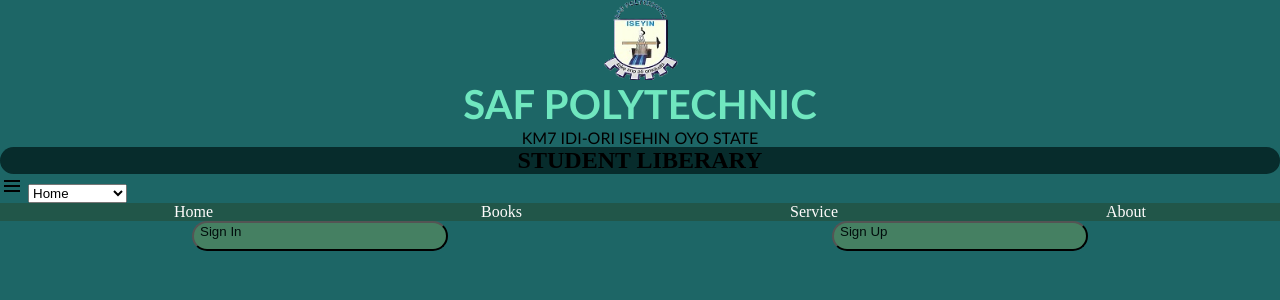
Repository: makinwademila/new-html
Page: index.html
The author's editor kept a copy of each file at every save. The page is drawn from the files as they stood at one save, then again after the next save.
The browser window is 1280 px wide. The pictures show the whole page.

Above is the page before, as saved 2025-02-10 16:58:05.

### index.html
<!DOCTYPE html>
<html>

<head>

    <title>test web page</title>
    <link href="style.css" rel="stylesheet">
</head>
<title>saf porject</title>

<body>
    <header>
        <div class="names">
            <img src="logo.png">
            <div class="name">
                <h6>
                    SAF POLYTECHNIC
                </h6>
            </div>

            <div class="namer"> KM7 IDI-ORI ISEHIN OYO STATE
            </div>
        </div>
    </header>

    <nav>
        <div class="title">
            <h2>
                STUDENT LIBERARY
            </h2>
        </div>
    </nav>
    <div class="nav-menu-btn">
        <svg xmlns="http://www.w3.org/2000/svg" width="24" height="24" viewBox="0 0 24 24"><path d="M4 6h16v2H4zm0 5h16v2H4zm0 5h16v2H4z"/></svg>
        <select name="menu list" id="menu 2">
                <option>Home</option>
                <option>Books</option>
                <option>Departments</option>
                <option>Reguest</option>
            </select>
    </div>
    <div class="nav-menu">
        <ul>
            <li><a href="#" class="first">Home</a></li>
            <li><a href="#" class="second">Books</a></li>
            <li><a href="#" class="third">Service</a></li>
            <li><a href="#" class="fourth">About</a></li>
        </ul>
    </div>


    <div class="nav-button">
        <button class="btn1" id="loginBtn">Sign In</button>
        <button class="btn" id="RegisterBtn">Sign Up</button>
    </div>

    <script src="script.js"></script>
</body>


</html>

### style.css
* {
    margin: auto;
    padding: auto;
}

body {
    margin: 0;
    padding: 0;
    background-color: rgb(29, 102, 102);
    height: auto;
    width: auto;
}

header {
    font-family: 'Gill Sans', 'Gill Sans MT', Calibri, 'Trebuchet MS', sans-serif;
    justify-content: center;
    align-content: center;
}

img {
    height: 80px;
    width: 80px;
    display: block;
    margin: auto;
}

.name h6 {
    font-size: 40px;
    font-weight: bolder;
    color: rgb(112, 231, 191);
    display: flex;
    justify-content: center;
    align-content: center;
}

.title {
    display: flex;
    justify-content: center;
    align-items: center;
    flex-direction: row;
    justify-content: space-between;
    color: black;
    background-color: rgb(7, 44, 44);
    border-radius: 60px;
    width: 100%;
    list-style: none;
}

.namer {
    display: flex;
    justify-content: center;
}

.nav-button button {
    display: flex;
    background-color: rgb(69, 128, 98);
    color: rgb(1, 12, 12);
    height: 30px;
    width: 20%;
    border-radius: 20px;
}

.nav-menu {
    background-color: rgba(34, 83, 67, 0.836);
    border: 70px;
}

.nav-menu ul {
    display: flex;
    flex-direction: row;
    justify-content: space-between;
}

a {
    background-color: transparent;
    color: rgb(255, 252, 252);
    transition: 1s;
    opacity: 5px;
    animation: forwards;
    border-radius: 100px;
    text-decoration: none;
}

a:hover {
    color: rgba(255, 219, 14, 0.801);
}

a:active {
    background-color: rgb(30, 48, 30);
    transition: 1s ease-in-out;
}

.nav-button {
    justify-content: center;
    display: flex;
    justify-content: space-around;
}

li {
    color: transparent;
}

Loaded but not shown: script.js (no copy from this time; the picture is the same without it)

After the next save:
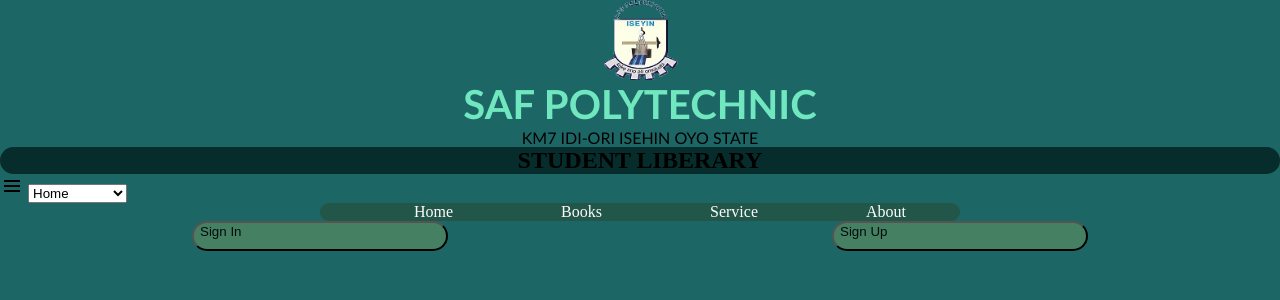
Saved 3 min 33 s later.
--- a/style.css
+++ b/style.css
@@ -61,8 +61,9 @@
 }
 
 .nav-menu {
+    width: 50%;
     background-color: rgba(34, 83, 67, 0.836);
-    border: 70px;
+    border-radius: 70px;
 }
 
 .nav-menu ul {
